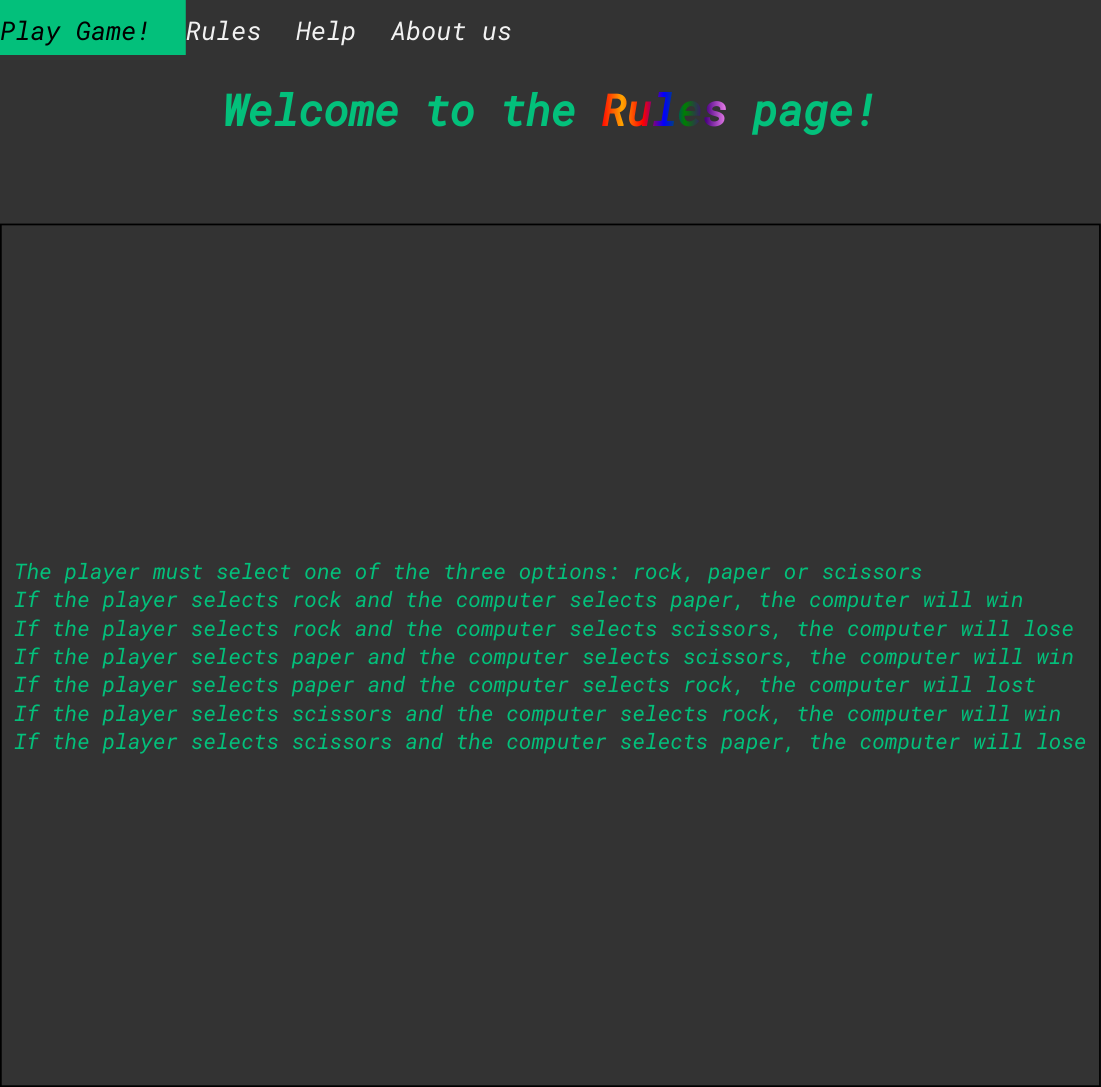
Repository: Ascendrospyder/rock-paper-scissors
Page: rulesPage.html
These files come from the project's save history. The page is drawn as it stood at one moment and after the next save; the edit follows.
The browser window is 1280 px wide. The pictures show the whole page, at 86% of full size.

Above is the page before, as saved 2022-12-26 13:20:05.

After the next save:
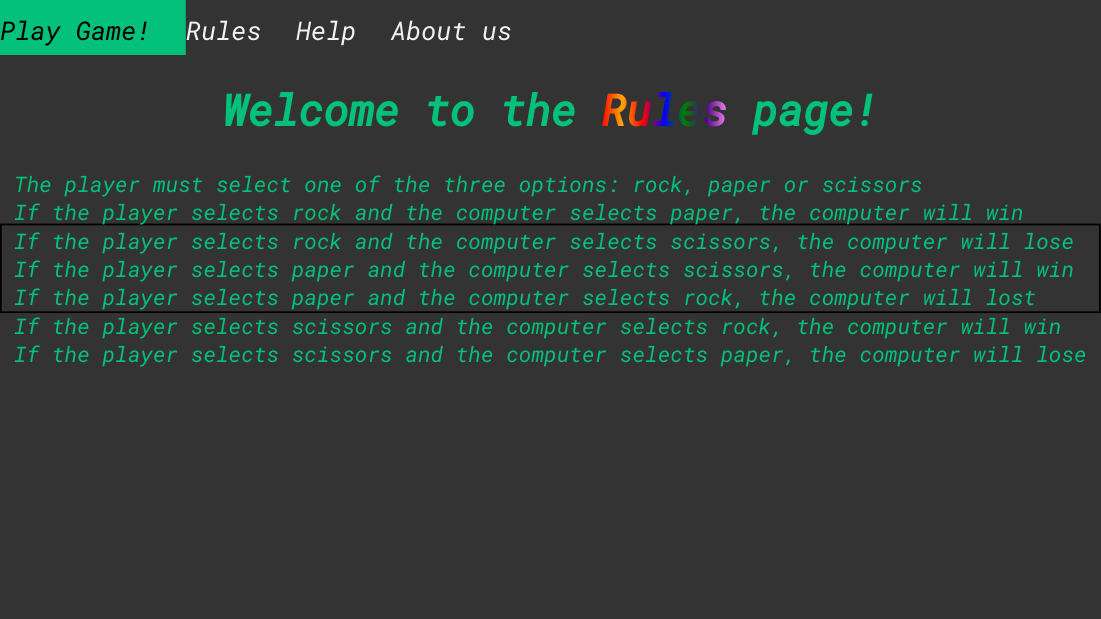
Saved 6 s later.
--- a/css/rules.css
+++ b/css/rules.css
@@ -10,7 +10,7 @@
     display : flex;
     justify-content: center;
     align-items : center;
-    height : 1000px;
+    height : 100px;
 }
 
 .rules-message {
